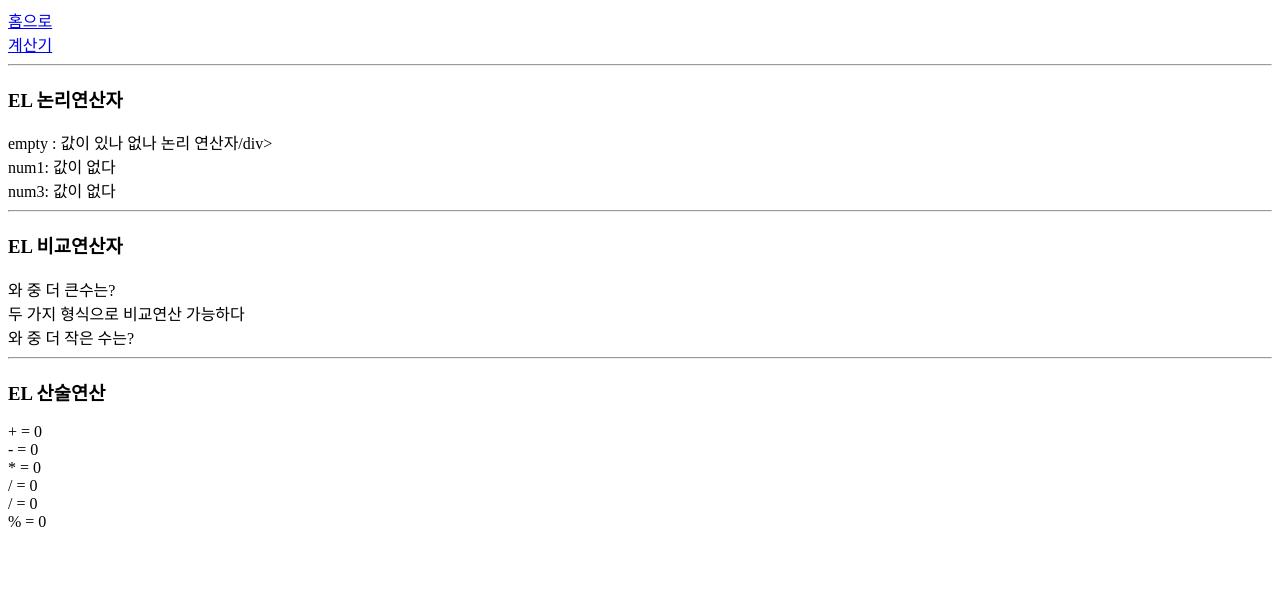
Repository: hyewoon/web
Page: http://localhost/servlet04/operator/calculator_result.jsp
An editor plug-in stored every save of this project. The page is shown before and after the next save, followed by the edit.
The browser window is 1280 px wide. The pictures show the whole page.
The page is served by Tomcat 9.

Above is the page before, as saved 2022-11-17 06:26:01.

After the next save:
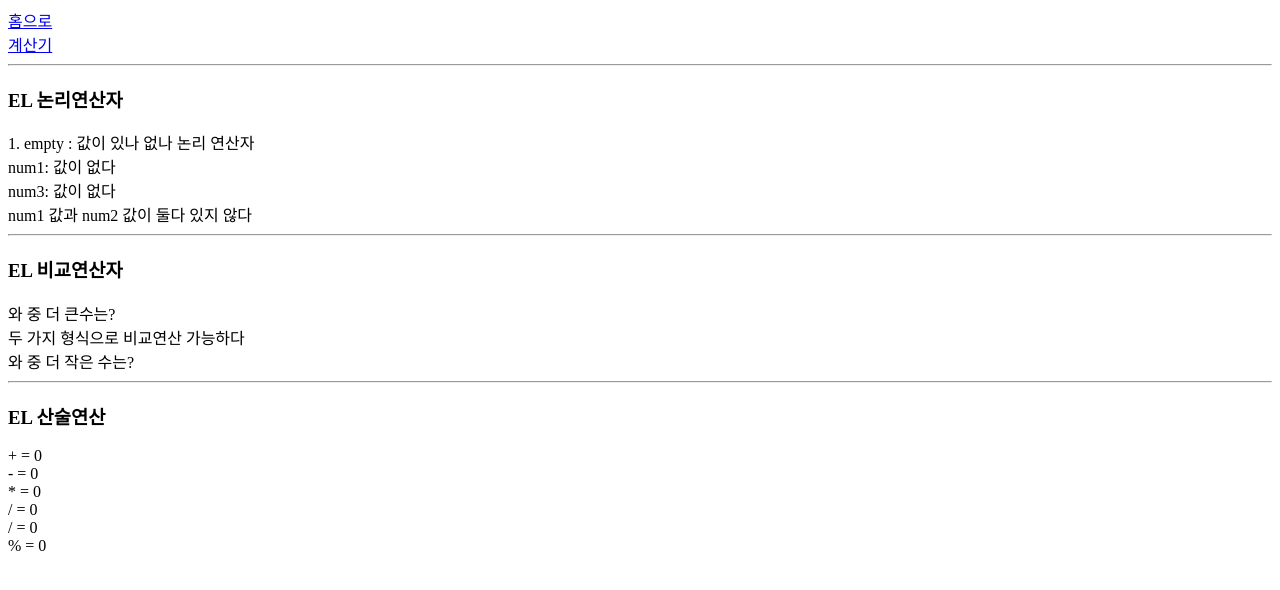
Saved 2 min 20 s later.
--- a/servlet04/src/main/webapp/operator/calculator_result.jsp
+++ b/servlet04/src/main/webapp/operator/calculator_result.jsp
@@ -11,9 +11,11 @@
 <div><a href ='calculator.jsp'>계산기</a></div>
 <hr>
 <h3>EL 논리연산자</h3>
-<div>empty : 값이 있나 없나 논리 연산자/div>
+<div>1. empty : 값이 있나 없나 논리 연산자</div>
 <div>num1: 값이 ${empty param.num1? '없다' : '있다'}</div>
 <div>num3: 값이 ${empty param.num3? '없다' : '있다'}</div>
+<div> num1 값과 num2 ${!empty param.num1 && !empty param.num2
+			? '둘 다 있다': '값이  둘다 있지 않다'}</div>
 
 
 
